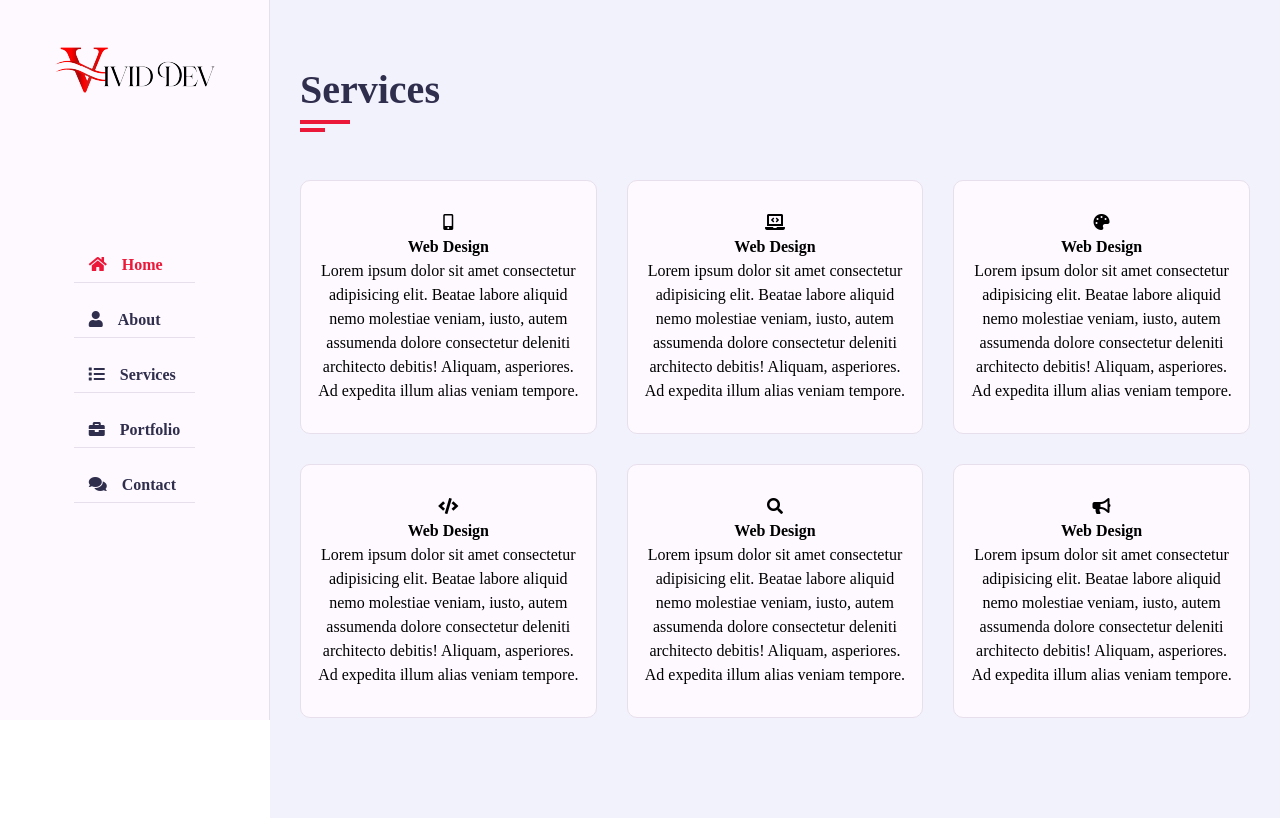
Repository: Big-Fave1/vivid-dev-portfolio
Page: build/index.html
The author's editor kept a copy of each file at every save. The page is drawn from the files as they stood at one save, then again after the next save.
The browser window is 1280 px wide. The pictures show the whole page.
Some web fonts or font styles are not loaded; a fallback is used.

Above is the page before, as saved 2025-06-02 10:22:36.

After the next save:
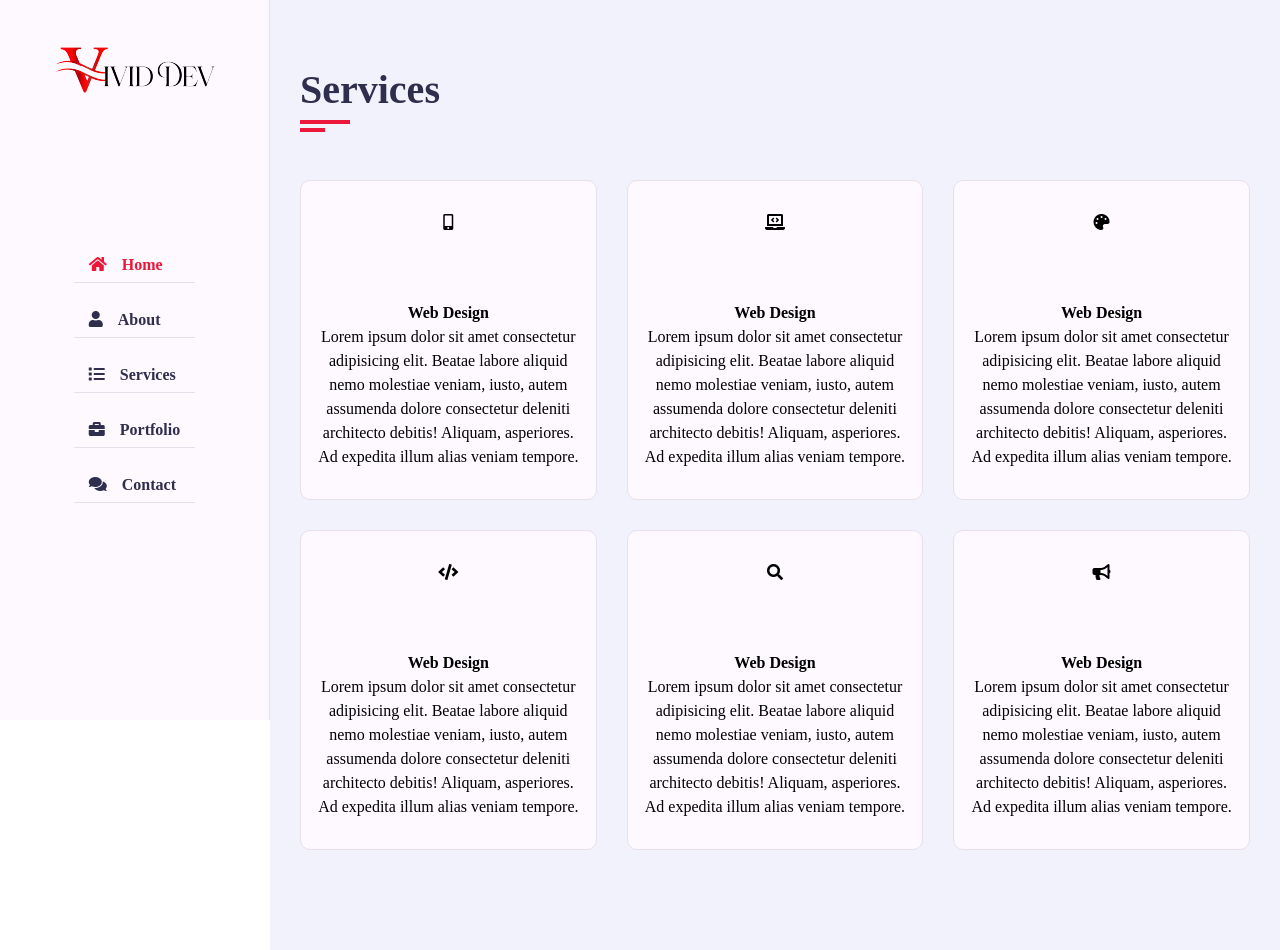
Saved 102 s later.
--- a/build/css/style.css
+++ b/build/css/style.css
@@ -516,3 +516,11 @@ h3.my-profession
 {
     box-shadow: 0 0 20px rgba(48, 46,77, 0.15);
 }
+.service .service-item .service-item-inner .icon
+{
+    height: 60px;
+    width: 60px;
+    border-radius: 50%;
+    display: block;
+    margin: 0 auto 30px;
+}
